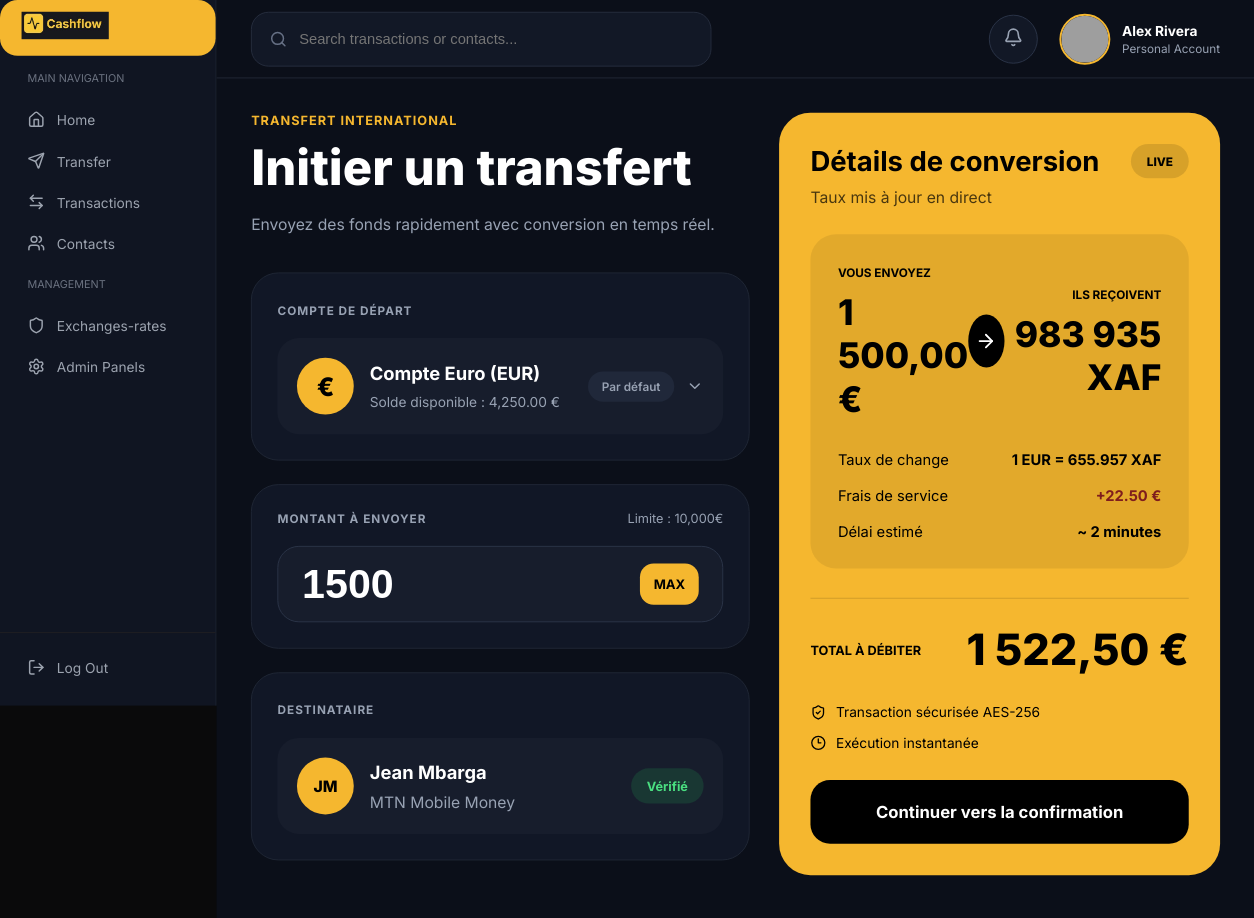
Repository: laetitiamaelle/G5_programmationwebII_l2_plateforme_de_transfert_multidevise
Page: /transfert
An editor plug-in stored every save of this project. The page is shown before and after the next save, followed by the edit.
The browser window is 1280 px wide. The pictures show the whole page, at 98% of full size.
Pictures or frames that could not be fetched are drawn as grey boxes. The project was rebuilt for these pictures with package versions that can differ from the ones it lists, and the page was loaded fresh each time. The framework's server and built-in components were replaced by stand-ins that run in the browser. Also part of the build but not shown: next.config.ts.

Above is the page before, as saved 2026-05-13 12:23:10.

### app/transfert/page.tsx
import Sidebar from '@/components/Sidebar'
import Transfert from '@/components/Transfert'

export default function TransfertPage() {
    return (
        <div style={{ display: 'flex', minHeight: '100vh', background: '#0A0A0B'}}>
            <Sidebar />
            <Transfert />
        </div>
    )
}

### app/globals.css
* {
    margin: 0;
    padding: 0;
    box-sizing: border-box;
}

body {
    background: #0A0A0B;
    color: #E5E5E5;
    font-family: Arial, sans-serif;
}

a {
    text-decoration: none;
    color: inherit;
}

button {
    cursor: pointer;
    border: none;
    font-family: inherit;
}

### components/Sidebar.tsx
'use client'
import Link from 'next/link'
import { usePathname } from 'next/navigation'
import { Home, Send, ArrowLeftRight, Users, Shield, Settings, LogOut} from 'lucide-react'
import './Sidebar.css'

export default function Sidebar() {
    const pathname = usePathname()

    return (
        <aside className='sidebar'>
            <div className='logo'>
                <img src="/public/logo.jpeg" alt="Cashflow" className='logo-img'/>
            </div>

            <nav className='nav'>
                <p className='nav-title'>MAIN NAVIGATION</p>
                <Link href="#" className={`nav-item #{pathname === '/home' ? 'active' : ''}`}>
                    <Home size={18} /> Home
                </Link>
                <Link href="/transfert" className="nav-item">
                    <Send size={18} /> Transfer
                </Link>
                <Link href="/transactions" className={`nav-item #{pathname === '/transactions' ? 'active' : ''}`}>
                    <ArrowLeftRight size={18} /> Transactions
                </Link>
                <Link href="#" className="nav-item">
                    <Users size={18} /> Contacts
                </Link>

                <p className="nav-title">MANAGEMENT</p>
                <Link href="/exchange-rates" className={`nav-item #{pathname === '/exchanges-rates' ? 'active' : ''}`}>
                    <Shield size={18} /> Exchanges-rates
                </Link>
                <Link href="#" className="nav-item">
                    <Settings size={18} /> Admin Panels
                </Link>
            </nav>

            <div className='logout'>
                <button className='nav-item'>
                    <LogOut size={18} />Log Out
                </button>
            </div>
        </aside>
    )
}

### components/Transfert.tsx
'use client'
import { useEffect } from "react";

import {
  House,
  ArrowLeftRight,
  Wallet,
  Users,
  ChartNoAxesCombined,
  Shield,
  LogOut,
  Bell,
  Search,
  ChevronDown,
  ArrowRight,
  Clock3,
  ShieldCheck,
} from "lucide-react";

import { Link } from "react-router-dom";

import "./Transfert.css";

const Transfer = () => {
  useEffect(() => {
    document.body.className =
      "transfer-body-global";
  }, []);

  return (
    <div className="transfer-page">
      {/* CONTENT */}

      <div className="transfer-content">
        {/* TOPBAR */}

        <div className="topbar">
          <div className="search-box">
            <Search size={18} />

            <input
              type="text"
              placeholder="Search transactions or contacts..."
            />
          </div>

          <div className="topbar-right">
            <button className="notification-btn">
              <Bell size={20} />
            </button>

            <div className="profile-box">
              <img
                src="https://i.pravatar.cc/100"
                alt=""
              />

              <div>
                <h3>Alex Rivera</h3>
                <p>Personal Account</p>
              </div>
            </div>
          </div>
        </div>

        {/* MAIN */}

        <div className="transfer-main">
          {/* LEFT */}

          <div className="transfer-left">
            <p className="transfer-subtitle">
              TRANSFERT INTERNATIONAL
            </p>

            <h1>
              Initier un transfert
            </h1>

            <p className="transfer-description">
              Envoyez des fonds rapidement
              avec conversion en temps réel.
            </p>

            {/* ACCOUNT CARD */}

            <div className="transfer-card">
              <span className="label">
                COMPTE DE DÉPART
              </span>

              <div className="account-box">
                <div className="account-left">
                  <div className="currency-icon">
                    €
                  </div>

                  <div>
                    <h3>
                      Compte Euro (EUR)
                    </h3>

                    <p>
                      Solde disponible :
                      4,250.00 €
                    </p>
                  </div>
                </div>

                <div className="account-right">
                  <span className="default-badge">
                    Par défaut
                  </span>

                  <ChevronDown size={18} />
                </div>
              </div>
            </div>

            {/* AMOUNT */}

            <div className="transfer-card">
              <div className="amount-header">
                <span className="label">
                  MONTANT À ENVOYER
                </span>

                <span className="limit-text">
                  Limite : 10,000€
                </span>
              </div>

              <div className="amount-box">
                <input
                  type="text"
                  defaultValue="1500"
                />

                <button>MAX</button>
              </div>
            </div>

            {/* BENEFICIARY */}

            <div className="transfer-card">
              <span className="label">
                DESTINATAIRE
              </span>

              <div className="beneficiary-box">
                <div className="beneficiary-avatar">
                  JM
                </div>

                <div className="beneficiary-info">
                  <h3>
                    Jean Mbarga
                  </h3>

                  <p>
                    MTN Mobile Money
                  </p>
                </div>

                <div className="verified-badge">
                  Vérifié
                </div>
              </div>
            </div>
          </div>

          {/* RIGHT */}

          <div className="conversion-card">
            <div className="conversion-header">
              <div>
                <h2>
                  Détails de conversion
                </h2>

                <p>
                  Taux mis à jour en direct
                </p>
              </div>

              <div className="live-badge">
                LIVE
              </div>
            </div>

            {/* VALUES */}

            <div className="conversion-box">
              <div className="conversion-values">
                <div>
                  <span>
                    VOUS ENVOYEZ
                  </span>

                  <h1>
                    1 500,00 €
                  </h1>
                </div>

                <div className="arrow-circle">
                  <ArrowRight size={22} />
                </div>

                <div className="receive-box">
                  <span>
                    ILS REÇOIVENT
                  </span>

                  <h1>
                    983 935 XAF
                  </h1>
                </div>
              </div>

              <div className="conversion-info">
                <div>
                  <span>
                    Taux de change
                  </span>

                  <strong>
                    1 EUR = 655.957 XAF
                  </strong>
                </div>

                <div>
                  <span>
                    Frais de service
                  </span>

                  <strong className="fee">
                    +22.50 €
                  </strong>
                </div>

                <div>
                  <span>
                    Délai estimé
                  </span>

                  <strong>
                    ~ 2 minutes
                  </strong>
                </div>
              </div>
            </div>

            {/* TOTAL */}

            <div className="total-box">
              <span>
                TOTAL À DÉBITER
              </span>

              <h1>
                1 522,50 €
              </h1>
            </div>

            {/* SECURITY */}

            <div className="security-info">
              <div className="security-row">
                <ShieldCheck size={16} />

                <span>
                  Transaction sécurisée AES-256
                </span>
              </div>

              <div className="security-row">
                <Clock3 size={16} />

                <span>
                  Exécution instantanée
                </span>
              </div>
            </div>

            {/* BUTTON */}

            <button className="confirm-btn">
              Continuer vers la confirmation
            </button>
          </div>
        </div>
      </div>
    </div>
  );
};

export default Transfer;

### components/Sidebar.css
.sidebar {
    width: 256px;
    background: #111113;
    border-right: 1px solid #1F1F23;
    display: flex;
    flex-direction: column;
    height: 100vh;
}

.logo {
    padding: 24px;
}

.logo-img {
    height: 28px;
    width: auto;
}

.nav {
    flex: 1;
    padding: 0 16px;
}

.nav-title {
    font-size: 11px;
    color: #6B7280;
    padding: 0 12px;
    margin: 16px 0;
}

.nav-item {
    display: flex;
    align-items: center;
    gap: 12px;
    padding: 10px 12px;
    border-radius: 8px;
    color: #9CA3AF;
    font-size: 14px;
    margin-bottom: 4px;
    width: 100%;
    background: none;
}

.nav-item:hover {
    background: #1A1A1D;
    color: white;
}

.nav-item.active {
    background: #1A1A1D;
    color: #FACC15;
}

.logout {
    padding: 16px;
    border-top: 1px solid #1F1F23;
}

### components/Transfert.css
@import url("https://fonts.googleapis.com/css2?family=Inter:wght@400;500;600;700;800&display=swap");

body.transfer-body-global {
  margin: 0;
  padding: 0;
  background: #0b0f19;
  color: white;
  font-family: "Inter", sans-serif;
}

* {
  box-sizing: border-box;
}

.transfer-page {
  display: flex;
  min-height: 100vh;
  background: #0b0f19;
}

/* SIDEBAR */

.sidebar {
  width: 270px;
  background: #101522;
  border-right: 1px solid #1f2635;
  display: flex;
  flex-direction: column;
  justify-content: space-between;
}

.sidebar-top {
  height: 80px;
  border-bottom: 1px solid #1f2635;
  display: flex;
  align-items: center;
  padding: 0 28px;
}

.logo {
  background: #f5b72f;
  color: black;
  font-weight: 800;
  padding: 12px 22px;
  border-radius: 18px;
  font-size: 20px;
}

.sidebar-body {
  padding: 35px 22px;
}

.menu-title {
  color: #667085;
  font-size: 12px;
  font-weight: 700;
  letter-spacing: 1px;
  margin-bottom: 18px;
}

.management {
  margin-top: 40px;
}

.menu-list {
  display: flex;
  flex-direction: column;
  gap: 12px;
}

.menu-list a {
  text-decoration: none;
}

.sidebar-item {
  height: 56px;
  border-radius: 18px;
  display: flex;
  align-items: center;
  gap: 15px;
  padding: 0 18px;
  color: #98a2b3;
  cursor: pointer;
  transition: 0.3s;
  font-weight: 500;
}

.sidebar-item:hover {
  background: #171d2c;
  color: white;
}

.sidebar-item.active {
  background: rgba(245, 183, 47, 0.12);
  color: #f5b72f;
  border: 1px solid rgba(245, 183, 47, 0.2);
}

.sidebar-footer {
  padding: 20px;
  border-top: 1px solid #1f2635;
}

.logout-btn {
  width: 100%;
  height: 55px;
  border-radius: 18px;
  border: none;
  background: #161c2a;
  color: #98a2b3;
  display: flex;
  align-items: center;
  gap: 14px;
  padding: 0 18px;
  cursor: pointer;
  font-size: 15px;
}

.logout-btn:hover {
  background: #1b2233;
}

/* CONTENT */

.transfer-content {
  flex: 1;
}

/* TOPBAR */

.topbar {
  height: 80px;
  border-bottom: 1px solid #1f2635;
  display: flex;
  align-items: center;
  justify-content: space-between;
  padding: 0 35px;
}

.search-box {
  width: 470px;
  height: 56px;
  border-radius: 18px;
  border: 1px solid #252d3d;
  background: #121826;
  display: flex;
  align-items: center;
  gap: 12px;
  padding: 0 18px;
  color: #667085;
}

.search-box input {
  flex: 1;
  background: transparent;
  border: none;
  outline: none;
  color: white;
  font-size: 15px;
}

.topbar-right {
  display: flex;
  align-items: center;
  gap: 22px;
}

.notification-btn {
  width: 50px;
  height: 50px;
  border-radius: 50%;
  border: 1px solid #2b3447;
  background: #121826;
  color: #98a2b3;
  cursor: pointer;
}

.profile-box {
  display: flex;
  align-items: center;
  gap: 12px;
}

.profile-box img {
  width: 52px;
  height: 52px;
  border-radius: 50%;
  border: 2px solid #f5b72f;
}

.profile-box h3 {
  margin: 0;
  font-size: 14px;
}

.profile-box p {
  margin: 2px 0 0;
  font-size: 12px;
  color: #98a2b3;
}

/* MAIN */

.transfer-main {
  padding: 35px;
  display: grid;
  grid-template-columns: 1.2fr 450px;
  gap: 30px;
}

/* LEFT */

.transfer-subtitle {
  color: #f5b72f;
  font-size: 13px;
  font-weight: 700;
  letter-spacing: 1px;
  margin-bottom: 10px;
}

.transfer-left h1 {
  font-size: 50px;
  margin: 0;
  font-weight: 800;
}

.transfer-description {
  margin-top: 15px;
  color: #98a2b3;
  line-height: 1.7;
  margin-bottom: 35px;
}

.transfer-card {
  background: #111726;
  border: 1px solid #1f2635;
  border-radius: 28px;
  padding: 26px;
  margin-bottom: 24px;
}

.label {
  color: #98a2b3;
  font-size: 12px;
  font-weight: 700;
  letter-spacing: 1px;
}

/* ACCOUNT */

.account-box {
  margin-top: 20px;
  background: #171d2c;
  border-radius: 22px;
  padding: 20px;
  display: flex;
  justify-content: space-between;
  align-items: center;
}

.account-left {
  display: flex;
  align-items: center;
  gap: 16px;
}

.currency-icon {
  width: 58px;
  height: 58px;
  border-radius: 50%;
  background: #f5b72f;
  color: black;
  display: flex;
  justify-content: center;
  align-items: center;
  font-size: 26px;
  font-weight: 800;
}

.account-left h3 {
  margin: 0;
}

.account-left p {
  margin-top: 8px;
  color: #98a2b3;
  font-size: 14px;
}

.account-right {
  display: flex;
  align-items: center;
  gap: 12px;
  color: #98a2b3;
}

.default-badge {
  padding: 8px 14px;
  border-radius: 30px;
  background: #20283a;
  font-size: 12px;
  font-weight: 600;
}

/* AMOUNT */

.amount-header {
  display: flex;
  justify-content: space-between;
  align-items: center;
}

.limit-text {
  color: #98a2b3;
  font-size: 13px;
}

.amount-box {
  margin-top: 20px;
  height: 78px;
  border-radius: 22px;
  border: 1px solid #2b3447;
  background: #171d2c;
  display: flex;
  align-items: center;
  justify-content: space-between;
  padding: 0 24px;
}

.amount-box input {
  background: transparent;
  border: none;
  outline: none;
  color: white;
  font-size: 42px;
  font-weight: 800;
  width: 100%;
}

.amount-box button {
  width: 70px;
  height: 42px;
  border-radius: 14px;
  border: none;
  background: #f5b72f;
  color: black;
  font-weight: 700;
  cursor: pointer;
}

/* BENEFICIARY */

.beneficiary-box {
  margin-top: 20px;
  background: #171d2c;
  border-radius: 22px;
  padding: 20px;
  display: flex;
  align-items: center;
}

.beneficiary-avatar {
  width: 58px;
  height: 58px;
  border-radius: 50%;
  background: #f5b72f;
  color: black;
  font-weight: 800;
  display: flex;
  justify-content: center;
  align-items: center;
  margin-right: 16px;
}

.beneficiary-info {
  flex: 1;
}

.beneficiary-info h3 {
  margin: 0;
}

.beneficiary-info p {
  margin-top: 8px;
  color: #98a2b3;
}

.verified-badge {
  padding: 10px 16px;
  border-radius: 30px;
  background: rgba(34, 197, 94, 0.15);
  color: #4ade80;
  font-size: 13px;
  font-weight: 700;
}

/* RIGHT CARD */

.conversion-card {
  background: #f5b72f;
  color: black;
  border-radius: 32px;
  padding: 32px;
  height: fit-content;
}

.conversion-header {
  display: flex;
  justify-content: space-between;
  align-items: flex-start;
  margin-bottom: 28px;
}

.conversion-header h2 {
  margin: 0;
  font-size: 28px;
}

.conversion-header p {
  margin-top: 10px;
  color: rgba(0, 0, 0, 0.7);
}

.live-badge {
  background: rgba(0, 0, 0, 0.12);
  padding: 10px 16px;
  border-radius: 30px;
  font-size: 12px;
  font-weight: 800;
}

/* CONVERSION BOX */

.conversion-box {
  background: rgba(0, 0, 0, 0.08);
  border-radius: 26px;
  padding: 28px;
}

.conversion-values {
  display: flex;
  justify-content: space-between;
  align-items: center;
}

.conversion-values span {
  font-size: 12px;
  font-weight: 700;
}

.conversion-values h1 {
  font-size: 36px;
  margin-top: 10px;
  margin-bottom: 0;
  font-weight: 800;
}

.receive-box {
  text-align: right;
}

.arrow-circle {
  width: 54px;
  height: 54px;
  border-radius: 50%;
  background: black;
  color: white;
  display: flex;
  justify-content: center;
  align-items: center;
}

.conversion-info {
  margin-top: 30px;
  display: flex;
  flex-direction: column;
  gap: 18px;
}

.conversion-info div {
  display: flex;
  justify-content: space-between;
  font-size: 15px;
}

.fee {
  color: #7f1d1d;
}

/* TOTAL */

.total-box {
  margin-top: 30px;
  padding-top: 25px;
  border-top: 1px solid rgba(0, 0, 0, 0.15);
  display: flex;
  justify-content: space-between;
  align-items: center;
}

.total-box span {
  font-size: 13px;
  font-weight: 700;
}

.total-box h1 {
  font-size: 44px;
  margin: 0;
  font-weight: 800;
}

/* SECURITY */

.security-info {
  margin-top: 28px;
  display: flex;
  flex-direction: column;
  gap: 14px;
}

.security-row {
  display: flex;
  align-items: center;
  gap: 10px;
  font-size: 14px;
}

/* BUTTON */

.confirm-btn {
  width: 100%;
  height: 65px;
  border-radius: 20px;
  border: none;
  background: black;
  color: white;
  font-size: 17px;
  font-weight: 700;
  margin-top: 30px;
  cursor: pointer;
  transition: 0.3s;
}

.confirm-btn:hover {
  transform: translateY(-2px);
}

Loaded but not shown: app/layout.tsx (common file)

After the next save:
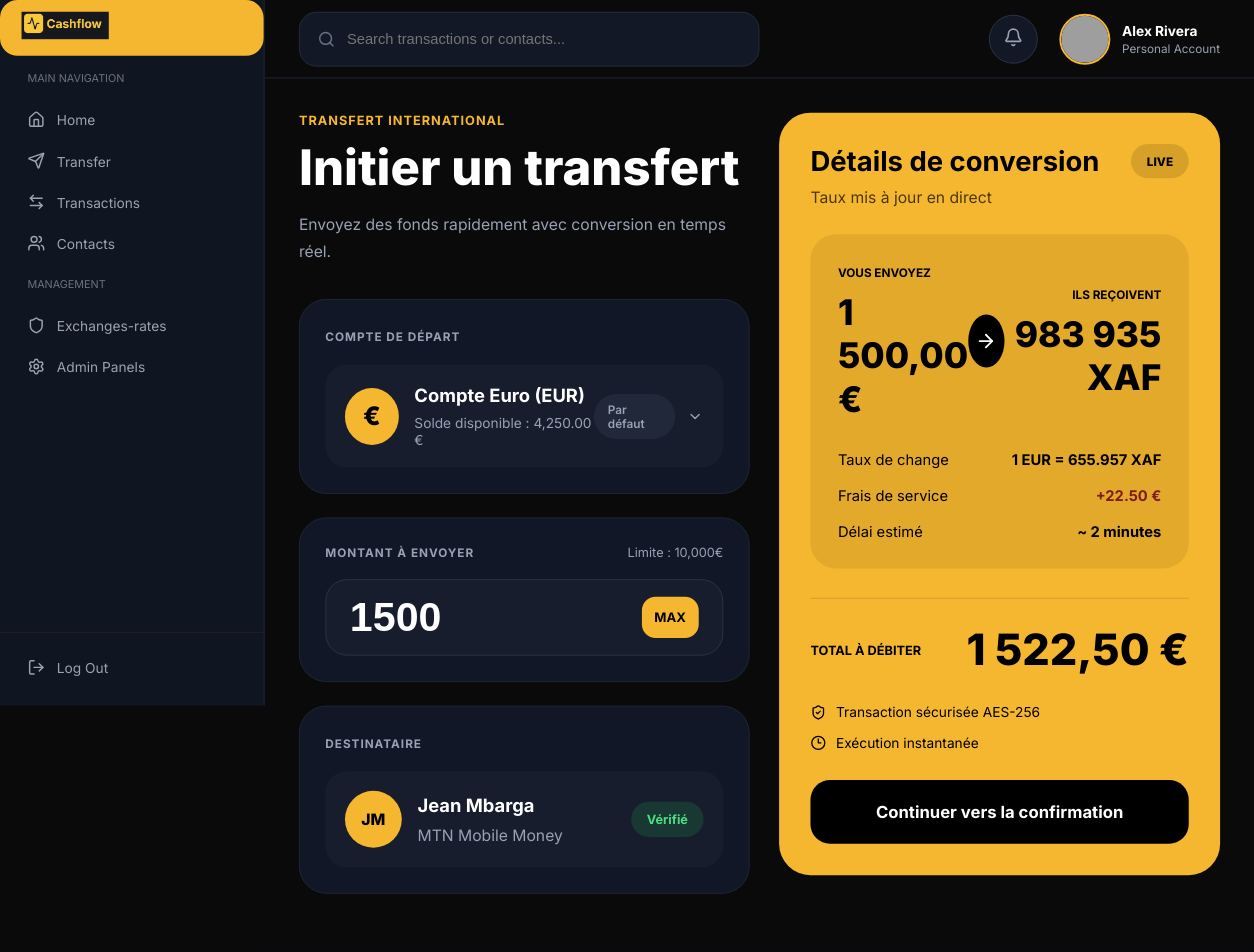
Saved 88 s later.
--- a/components/Transfert.tsx
+++ b/components/Transfert.tsx
@@ -28,9 +28,6 @@ const Transfer = () => {
   }, []);
 
   return (
-    <div className="transfer-page">
-      {/* CONTENT */}
-
       <div className="transfer-content">
         {/* TOPBAR */}
 
@@ -290,7 +287,6 @@ const Transfer = () => {
           </div>
         </div>
       </div>
-    </div>
   );
 };
 
